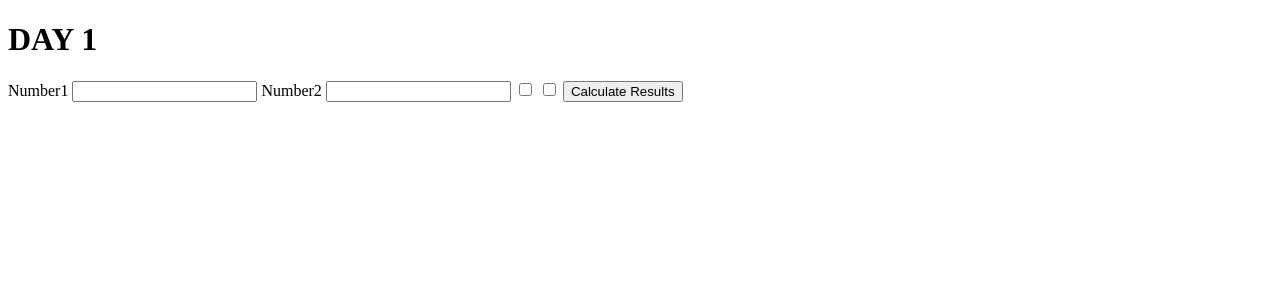
Repository: Padminivittal/Padmini-MWB
Page: MWB Day1/WebContent/Lab1.html
These files come from the project's save history. The page is drawn as it stood at one moment and after the next save; the edit follows.
The browser window is 1280 px wide. The pictures show the whole page.

Above is the page before, as saved 2012-07-20 06:43:16.

### MWB Day1/WebContent/Lab1.html
<!DOCTYPE HTML>
<html>
<head>
<script>
var  functionarray=[];
function add()
{
	var total = 0;
	for(var i=0;i<arguments.length;i++){
		total += arguments[i];
	}
	alert(total);
	return total;
}
function subract()
{
	var total = 0;
	total = arguments[0];
	for(var i=1;i<=arguments.length;i++){

		total -= arguments[i];
	}
	alert(total);
	return total;
}
function addOperations()
{
	var add =document.getElementById("add");
	var sub =document.getElementById("subract");

	if(sub.checked)
		functionarray["sub"]="subract"	;
	else
		functionarray["sub"]=null;

	if(add.checked)
		functionarray["add"]="add"	;
	else
		functionarray["add"]=null;

}
function calculate()
{
	alert(inside);
	for(var i=0;i<=functionarray.length;i++)
	{
		if(functionarray[i]!=null)

		doOperation(functionarray[i]);
	};

}
function doOperation(operation)
{
	var num1 =document.getElementById("number1");
	var num2 =document.getElementById("number2");
	alert(operation);
	operation(num1.value,num2.value);
	};
</script>
<title>MWB DAY 1</title>
</head>
<body>
<h1>DAY 1</h1>
<label for="number1" >Number1 </label>
<input type="number" id="number1"/>
<label for="number2" >Number2 </label>
<input type="number" id="number2"/>
<input type="checkbox" id="add" onchange="addOperations()" value="Add"/>
<input type="checkbox" id="subract" onchange="addOperations()" value="Subract"/>
<input type="submit"id="calculate"   onsubmit="calculate()" value="Calculate Results" /></input>
<div id="results">

</div>
</body>
</html>

After the next save:
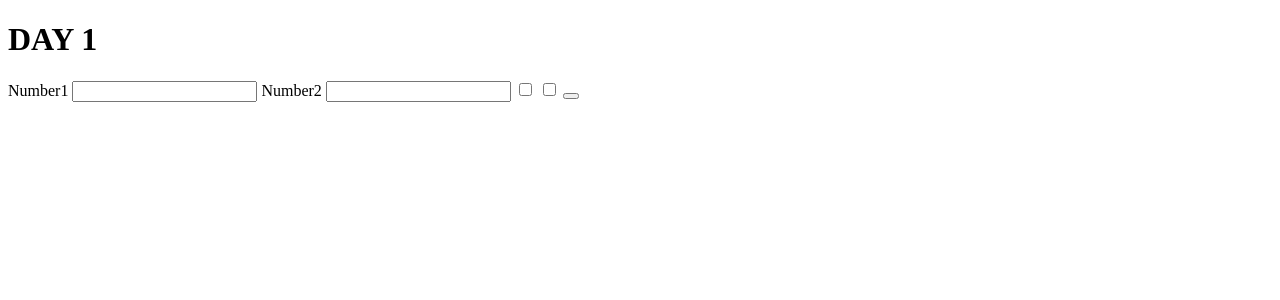
Saved 109 s later.
--- a/MWB Day1/WebContent/Lab1.html
+++ b/MWB Day1/WebContent/Lab1.html
@@ -68,7 +68,7 @@ function doOperation(operation)
 <input type="number" id="number2"/>
 <input type="checkbox" id="add" onchange="addOperations()" value="Add"/>
 <input type="checkbox" id="subract" onchange="addOperations()" value="Subract"/>
-<input type="submit"id="calculate"   onsubmit="calculate()" value="Calculate Results" /></input>
+<button id="calculate"   onclick="calculate()" value="Calculate Results" /></input>
 <div id="results">
 
 </div>
